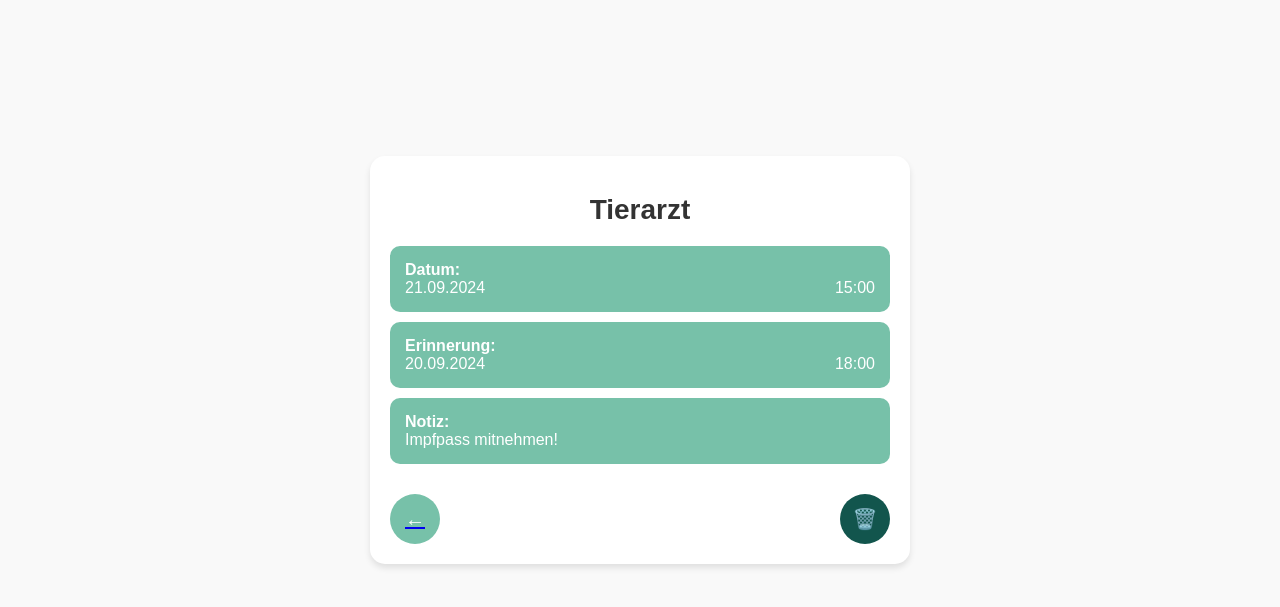
Repository: jakemoes/Pet-Tracker
Page: PWA/apppointmentDetails.html
An editor plug-in stored every save of this project. The page is shown before and after a run of saves, followed by the edit.
The browser window is 1280 px wide. The pictures show the whole page.

Above is the page before, as saved 2024-12-07 03:24:06.

After the next 2 saves:
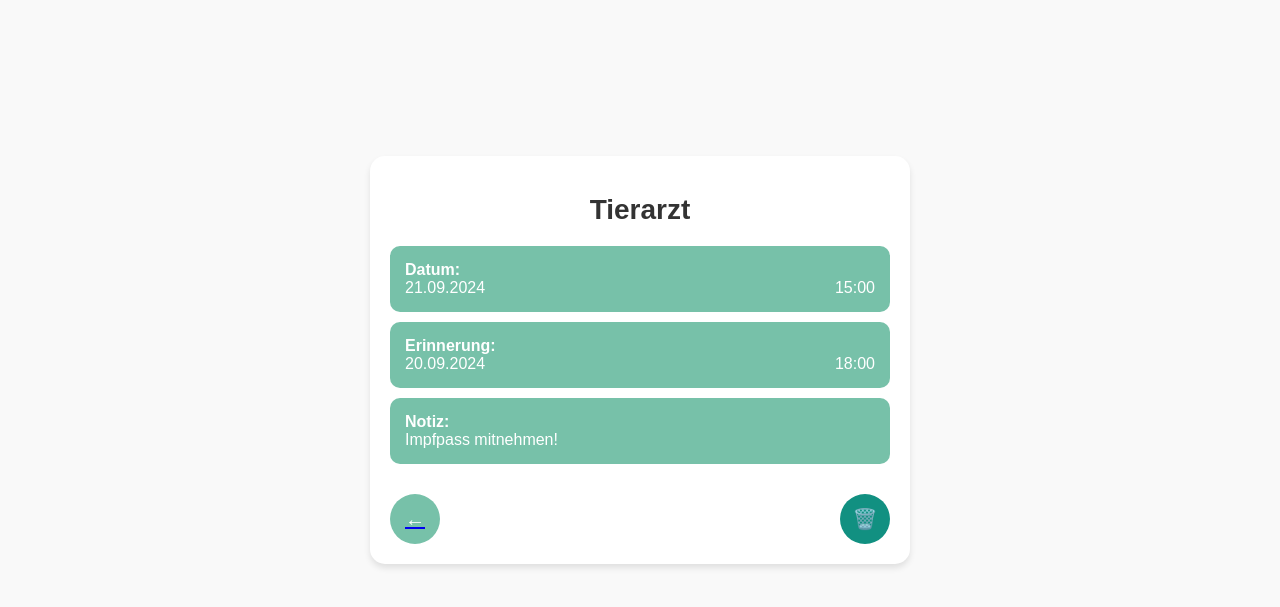
The 2 saves are shown as one change because they came seconds apart.
The last was saved 7 s later.
--- a/PWA/appointmentDetails.css
+++ b/PWA/appointmentDetails.css
@@ -68,7 +68,7 @@ h1 {
 }
 
 .delete-btn {
-    background-color: #12554d;
+    background-color: #119081;
 }
 
 .delete-btn img {
